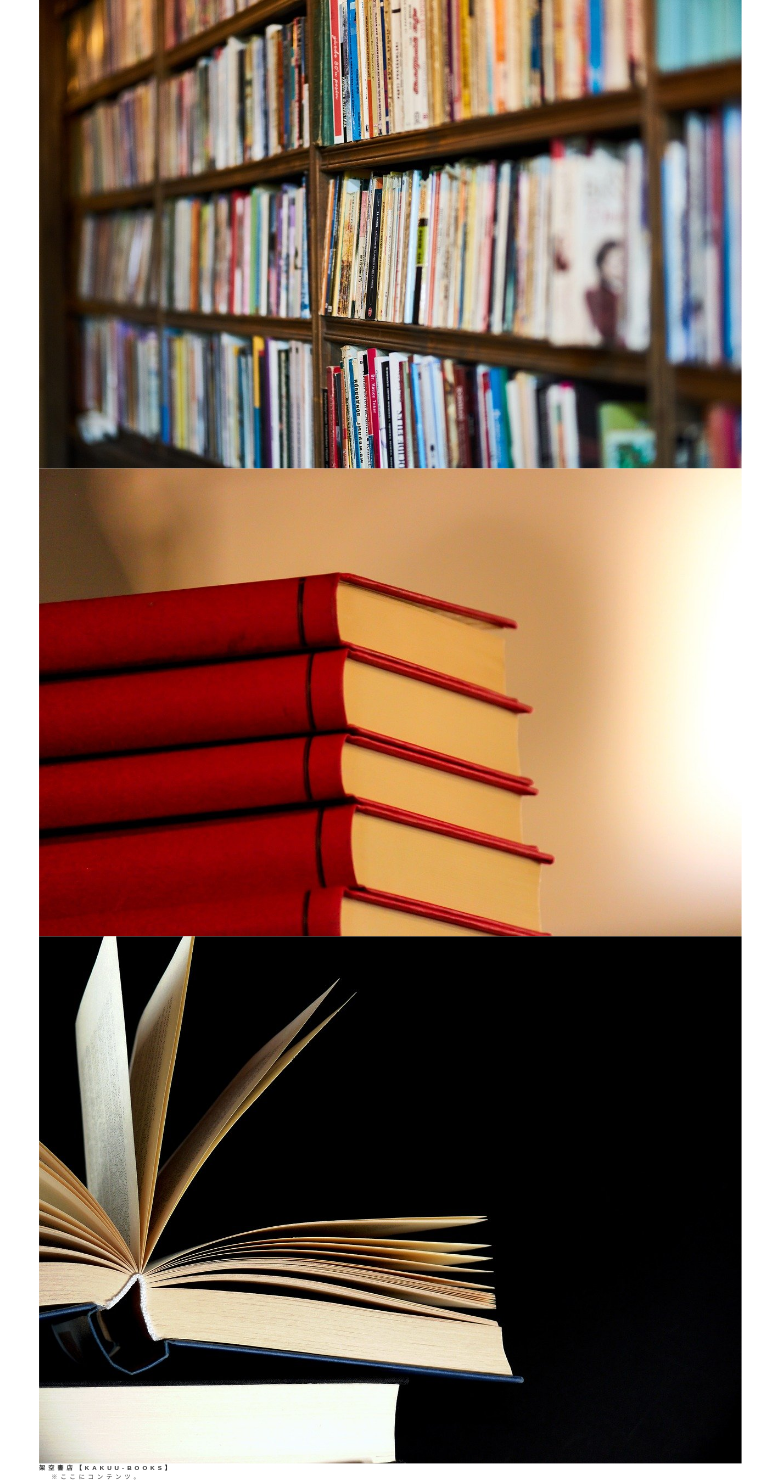
Repository: ppmp556/kakuubook
Page: index.html
These files come from the project's save history. The page is drawn as it stood at one moment and after the next save; the edit follows.
The browser window is 1280 px wide. The pictures show the whole page, at 61% of full size.
The style sheet was rebuilt from its Sass, Less or Tailwind sources for each picture, by a compiler version that may differ from the author's.

Above is the page before, as saved 2020-12-22 20:34:59.

### index.html
<!DOCTYPE html>
<html lang="ja">

<head>
  <meta charset="utf-8" />
  <meta http-equiv="X-UA-Compatible" content="IE=edge" />
  <meta name="viewport" content="width=device-width,initial-scale=1.0" />
  <title>架空本屋</title>
  <meta name="description" content="" />
  <!--PC：１２０文字以内 スマホ：70文字以内-->

  <!--ここからOGP-->
  <meta property="og:url" content=" ページの URL" />
  <meta property="og:type" content=" ページの種類" />

  <!--website /blog 下層→article-->
  <meta property="og:title" content=" ページの タイトル" />
  <meta property="og:description" content=" ページのディスクリプション" />
  <meta property="og:site_name" content="サイト名" />
  <meta property="og:image" content=" サムネイル画像の URL" />
  <!--//OGPここまで-->


  <!-- <link rel="stylesheet" href="https://tomap.co/ZP_reset.css" /> -->
  <!-- リセットcssどちらか -->
  <link rel="stylesheet" href="css/reset.css" />
  <link rel="stylesheet" href="css/style.css" />
  <link rel="stylesheet" href="https://use.fontawesome.com/releases/v5.15.1/css/all.css" integrity="sha384-vp86vTRFVJgpjF9jiIGPEEqYqlDwgyBgEF109VFjmqGmIY/Y4HV4d3Gp2irVfcrp" crossorigin="anonymous">

</head>

<body>
  <!-- モック -->
  <img src="" alt="" class="mock"/>

  <div class="container" id="mv_slide">

    <div class="mv_container">
      <div class="mv_imgbox">
        <img src="img/top/book-4475384_1280.jpg" alt="" class="mv_img">
        <img src="img/top/books-109524_1280.jpg" alt="" class="mv_img">
        <img src="img/top/literature-3330647_1280.jpg" alt="" class="mv_img">
      </div><!-- /.kv_imgbox -->
    </div>

  <!-- ヘッダー -->
    <header class="header flex" id="top">
      <h1 class="header_ttl">

        <a href="index.html">
          <img src="" alt="">架空書店【KAKUU-BOOKS】
        </a>

      </h1><!-- /.header_ttl -->

      <!-- ハンバーガーメニュー部分 -->
      <div class="nav_ham">
        <div class="nav_btn" id="js-nav_toggle">
          <span class="nav_line __tg1"></span>
          <span class="nav_line __tg2"></span>
          <span class="nav_line __tg3"></span>
        </div>
      </div><!-- ハンバーガーメニューここまで -->


      <!-- ナビ -->
      <nav class="nav" id="nav">
        <ul class="nav_list">
          <li class="nav_item">
            <a href="#" class="nav_link">text</a>
          </li>
          <!-- /.nav_item -->
          <li class="nav_item">
            <a href="#" class="nav_link">古本買取</a>
          </li>
          <!-- /.nav_item -->
          <li class="nav_item">
            <a href="#" class="nav_link">出張買取</a>
          </li>
          <!-- /.nav_item -->
          <li class="nav_item">
            <a href="#" class="nav_link">古書無料査定</a>
          </li>
          <!-- /.nav_item -->
          <li class="nav_item">
            <a href="#" class="nav_link">アクセス</a>
          </li>
          <!-- /.nav_item -->
        </ul>
      </nav>
      <!-- /.nav -->
    </header>
    <p class="mv_copy">

    </ｐ><!-- /.mv_copy -->



    <!-- メインコンテンツ -->
    <main class="main_container">
      <!--ここからセクション （セクションの数だけコピーして使う）-->
      <section class="section">
        <h2 class="section_ttl"></h2>
        <div class="section_inner">※ここにコンテンツ。</div>
      </section>
      <!--//ここまでセクション-->

    </main>

    <!-- フッター -->
    <footer class="footer">
      <small class="footer_txt"></small>
    </footer>

  </div><!-- /.container -->

  <script src="https://ajax.googleapis.com/ajax/libs/jquery/3.5.1/jquery.min.js"></script>
  <script src="js/main.js"></script>
</body>

</html>

### css/reset.css
/*
html5doctor.com Reset Stylesheet
v1.6.1
Last Updated: 2010-09-17
Author: Richard Clark - http://richclarkdesign.com
Twitter: @rich_clark
*/

html,
body,
div,
span,
object,
iframe,
h1,
h2,
h3,
h4,
h5,
h6,
p,
blockquote,
pre,
abbr,
address,
cite,
code,
del,
dfn,
em,
img,
ins,
kbd,
q,
samp,
small,
strong,
sub,
sup,
var,
b,
i,
dl,
dt,
dd,
ol,
ul,
li,
fieldset,
form,
label,
legend,
table,
caption,
tbody,
tfoot,
thead,
tr,
th,
td,
article,
aside,
canvas,
details,
figcaption,
figure,
footer,
header,
hgroup,
menu,
nav,
section,
summary,
time,
mark,
audio,
video {
    margin: 0;
    padding: 0;
    border: 0;
    outline: 0;
    font-size: 100%;
    vertical-align: baseline;
    background: transparent;
}

body {
    line-height: 1.5;
}

article,
aside,
details,
figcaption,
figure,
footer,
header,
hgroup,
menu,
nav,
section {
    display: block;
}

nav ul {
    list-style: none;
}

table {
    border-collapse: collapse;
    border-spacing: 0;
}


a {
    color: inherit;
    text-decoration: none;
}


img {
    width: 100%;

    /*画像がはみでるのを防ぐ　max-width*/
    max-width: 100%;
    height: auto;

    vertical-align: bottom;
}

/* h1,h2,h3,h4,h5,h6 { */
/* font-weight: bold; */
/* } */

### js/main.js
"use strict";

$(() => {

    // 実装しないものは適宜追加、削除

     // ハンバーガーメニュー
    $('#js-nav_toggle').click(() => {
        $('.nav_line').toggleClass('clicked');
        $('.nav_ham').toggleClass('clicked');
        $('.nav_list').toggleClass('clicked');
    });

    //スムーズスクロール

    // #で始まるリンクをクリックしたら実行
    $('a[href^="#"]').click(function() {
         // スクロールの速度
        let speed = 800; // ミリ秒
        let href = $(this).attr("href");
        let target = $(href == "#" || href == "" ? 'html' : href);
        let position = target.offset().top;
        $('body,html').animate({scrollTop:position}, speed, 'swing');
        return false;
    });



    // スライドショー
    let nowPage = 0;
    let nextPage = 1;

    const slides = $("#js-mv_slide").find("img");
    const slideLength = slides.length;

    const fadeTime = 1500;
    const showTime = 3000;

    slides.hide();
    slides.eq(0).show();

    const slidesshow = () => {

        slides.eq(nowPage % slideLength).fadeOut(fadeTime).removeClass("zoom");
        slides.eq(nextPage % slideLength).fadeIn(fadeTime).addClass("zoom");

        nowPage++;
        nextPage++;
    }

    setInterval(slidesshow, showTime);


    // header固定
    // 1画面分以上スクロールしたら、ヘッダーを固定する

    let headerFix = $("header");

    $(window).scroll(function (){
        if ($(window).scrollTop() > $(window).height()) {
            headerFix.addClass("fix");
        } else {
            headerFix.removeClass("fix");

        }
    });


});

### scss/style.scss
@charset 'utf-8';

/****************************************:

スタイル読み込み

*****************************************:*/

@import "config"; // 変数定義用
@import "mixin"; // mixin用
@import "base"; //ベーススタイル用
@import "module"; //サイト共通パーツ
@import "content"; //サイトコンテンツスタイル用

### scss/_config.scss
// サイト共通で必要になる設定値
// 変数定義用


/**********

変数管理

**********/

//color
$cWhite: #ffffff;
$cBlack: #333;
$cBgColor: #fffff6;



//font-family
//-->ヒラギノver.
$fontMain: "ヒラギノ角ゴ Pro W3", "Hiragino Kaku Gothic Pro", "メイリオ",
  Meiryo, "ＭＳ Ｐゴシック", "MS PGothic", sans-serif;



// アニメーション
$anime_nomal: all 0.2s ease-in-out;


// SNSのメインカラー用
$color_facebook: #3b5998;
$color_twitter: #55acee;
$color_line: #00b900;
$color_pocket: #ef4156;


$hover_opacity: 0.7;
/*************

レスポンシブ

**************/


//ブレイクポイント
$widthPc: 1024px;
$widthTab: 764px;
$widthSP: 480px;

### scss/_mixin.scss
// mixin


/*************

メディアクエリ定義

**************/


//@mediaのフォーマット
//モバイルファースト　➡　min-widthから SPのmixinいらない
//PCファースト　➡　max-widthから PCのmixinいらない


//使わないほうは削除

// 必要に応じて、調整用mixiをいれる



/********* モバイルファーストmixin*********************/

//PC(モバイルファースト)
@mixin pc {
    @media screen and (min-width: $widthPc) {
        @content;
    }
}

//タブレット（モバイルファースト）
@mixin tab {
    @media screen and (min-width: $widthTab) and (max-width: $widthPc) {
        @content;
    }
}





/*************

font-size定義

**************/
//$sizeにpx表示を入れて使う

@mixin rem($size) {
    font-size: $size + px; /*IE9以前に対応する*/
    font-size: ($size / 16) + rem;
}


/*************

flex定義

**************/


@mixin flex($justify: space-between, $wrap: nowrap) {
    display: flex;
    justify-content: $justify;
    flex-wrap: $wrap;
}

/*************

その他mixin集

**************/


// 親要素に対して中央寄せ
// 使用時は親要素にpostion:retative
//x:横方向、y:縦方向, xy:縦横方向中央寄せ

@mixin center($direction) {
	position: absolute;
	@if $direction==xy {
		top: 50%;
		left: 50%;
		transform: translate(-50%, -50%);
	}
	@else if $direction==x {
		left: 50%;
		transform: translateX(-50%);
	}
	@else if $direction==y {
		top: 50%;
		transform: translateY(-50%);
	}
}

// absolute
@mixin absolute($top:null, $right:null, $bottom:null, $left:null){
    position: absolute;
    @if $top != null{
        top: $top;
    }
    @if $right != null{
        right: $right;
    }
    @if $bottom != null{
        bottom: $bottom;
    }
    @if $left != null{
        left: $left;
    }
}


// hover
//引数にfalse指定で、新たに記述したスタイルのみ適用
@mixin hover($flag: true){
    @include min-screen(900px){
        transition: .2s;
        &:hover{
            transition: .3s;
            @if $flag == true{
                opacity: .5;
            }
                @content
            }
    }
}

@mixin hoverall($focus:null,$opacity:null) {

    transition: $anime_nomal;

    @if $focus == none {
        // focusが不要な場合
        @if $opacity == none{
            // focusと不透明度が不要な場合
            &:hover,&:active{
                opacity: $hover_opacity;
                @content;
            }
        } @else{
            // focus のみ不要な場合
            &:hover,&:active{
                opacity: $hover_opacity;
                @content;
            }
        }
    } @else if $opacity == none{
        // 不透明度のみ不要な場合
        &:hover,&:active,&:focus{
            @content;
        }
    } @else {
        &:hover,&:active,&:focus{
            opacity: $hover_opacity;
            @content;
        }
    } // @else
} // @mixin

### scss/_base.scss
// ベーススタイル用



body {

    @include rem(10);


    margin: 0 auto;
    letter-spacing: .5em;
    font-family: $fontMain;
    color: $cBlack;

}


* {
    box-sizing: border-box;
}

*:focus {
    outline: none;
}

// スマホでタッチしたとき、青い表示がでないようにする
a {
    -webkit-tap-highlight-color:rgba(0,0,0,0);
    cursor:pointer;
}


// bodyにoverallクラスつけたら使用
.overall {
    font-family: "Yu Gothic", YuGothic, "Hiragino Kaku Gothic Pro", "YuGothic",
        "Meiryo", verdana, "Osaka", "MS PGothic", Sans-Serif, "Yu Mincho",
        YuMincho, "MS P Mincho", serif;

    background-color: $cBgColor;
}

.container {
    width: 90%;
    margin: 0 auto;
    overflow: hidden;
}

/*************

モック画像
終わったら削除

**************/


.mock {
    /* モック画像 */
    position: absolute;
    top: 0;
    left: 0;
    right: 0;
    margin: 0 auto;
    width: 375px;
    opacity: 0.3;

    /* 反転 */
    filter: hue-rotate(180deg);

    /* テキストを掴まないように */
    pointer-events: none;

    z-index: 999;
}




// コンテンツ幅
.inner {
    margin: 0 15px;
}



//共通タイトル
.section_ttl {
    @include rem(36);
    display: block;
    text-align: center;
}


//セクションの共通inner
.section_inner {
    margin: 0 auto;
    padding: 0 20px;

}

### scss/_module.scss
// サイト共通で使用するパーツ


/****************************************:

nav

*****************************************:*/

.nav {
    position: relative;


    &_list {
        position: absolute;
        right: -1000px;
        display: flex;
        flex-direction: column;

        &.clicked {
            right: -5vw;
            transition: .6s;
        }


    }



    // ハンバーガーメニュー
    &_ham {
        cursor: pointer;
        position: absolute;
        top: 50%;
        right: 0;
        transform: translateY(-50%);
        width: 25px;
        height: 25px;
        z-index: 100;


        &.clicked {
            right: 40px;
        }
    }

    &_hamspan {
        font-size: 1.1rem;
        position: absolute;
        top: -20px;
        left: -25px;
    }

    &_line {
        position: absolute;
        width: 100%;
        height: 2px;
        background-color: $cWhite;

        &:nth-child(1) {
            top: 0px;


        }

        &:nth-child(2) {
            top: 8px;
        }

        &:nth-child(3) {
            top: 16px;
        }

        &.clicked:nth-child(1) {
            transform: translateY(12px) rotate(-315deg);
            transition: .5s;

        }
        &.clicked:nth-child(2) {
            left: 0;
            transition: .9s;
            opacity: 0;

        }


        &.clicked:nth-child(3) {
            transform: translateY(-4px) rotate(315deg);
            transition: .5s;

        }




    }

    &_item {
        text-align: center;
        margin-top: 50px;
        font-size: 2.5rem;
        line-height: 3;
        padding-right: 30px;
    }

    &_link {
        position: relative;
        display: block;
        letter-spacing: .2em;
        transition: .3s;



         //ナビホバー時の下線
        &::after {
            position: absolute;
            bottom: -5px;
            left: 0;
            content: '';
            width: 100%;
            height: 2px;
            transform: scale(0, 1);
            transform-origin: center;
            transition: transform .7s;
            background: $cWhite;
        }

        &:hover::after {
            transform: scale(1, 1);
        }

        &:hover {
            color: $cWhite;
            letter-spacing: .5em;
            transition: .5s;
        }
    }

}

### scss/_content.scss
// サイトコンテンツスタイル用


/****************************************:

header

*****************************************:*/






/****************************************:

fv

*****************************************:*/







/****************************************:

section

*****************************************:*/








/****************************************:

footer

*****************************************:*/

After the next save:
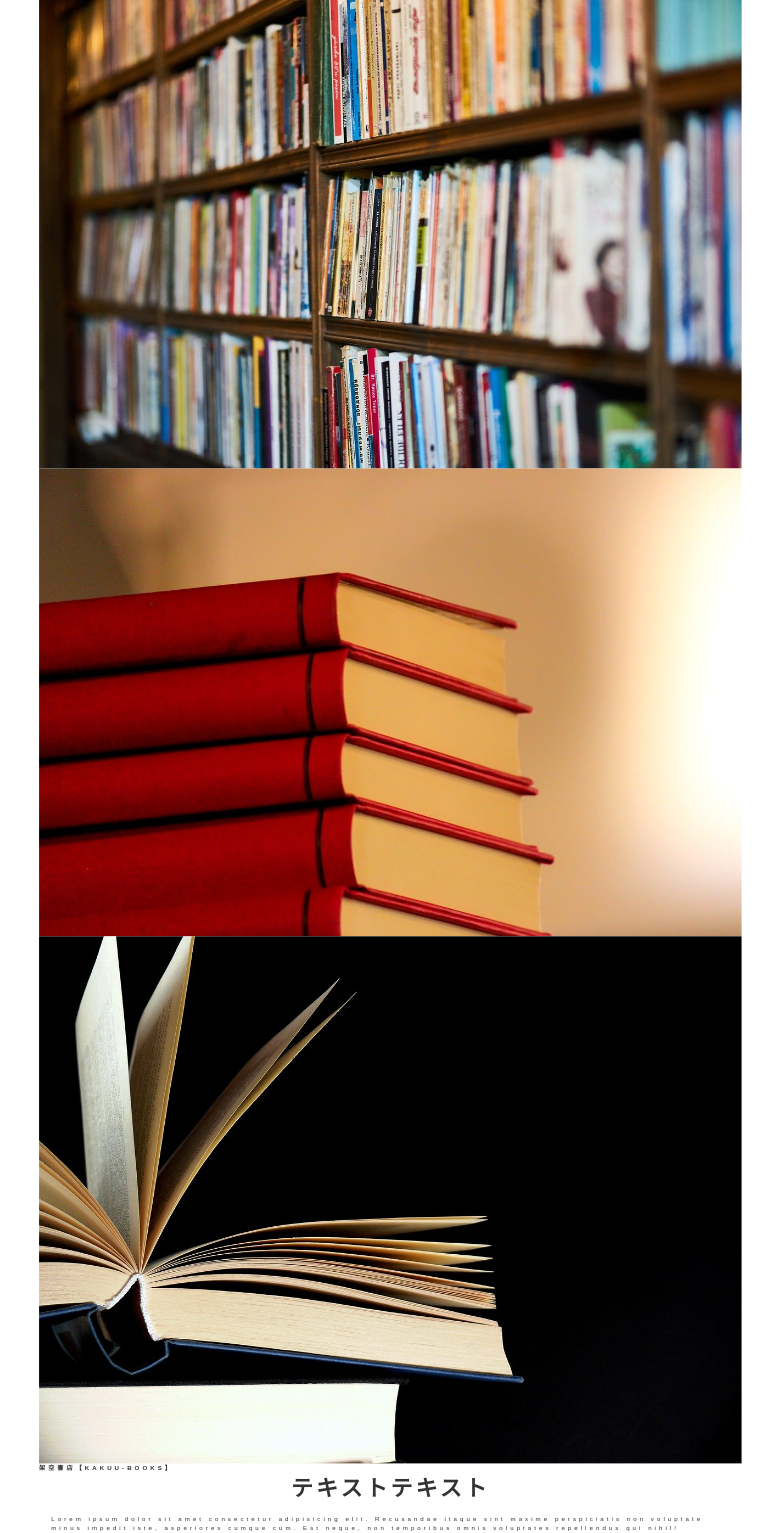
Saved 3 min 44 s later.
--- a/index.html
+++ b/index.html
@@ -95,15 +95,20 @@
     </ｐ><!-- /.mv_copy -->
 
 
-
     <!-- メインコンテンツ -->
     <main class="main_container">
-      <!--ここからセクション （セクションの数だけコピーして使う）-->
-      <section class="section">
-        <h2 class="section_ttl"></h2>
-        <div class="section_inner">※ここにコンテンツ。</div>
+      <section class="about" id="about">
+        <h2 class="section_ttl">テキストテキスト</h2>
+        <div class="section_inner">
+          <div class="about_imgbox">
+            <img src="" alt="">
+          </div><!-- /.about_imgbox -->
+          <div class="about_txtbox">
+            <p class="about_txt">Lorem ipsum dolor sit amet consectetur adipisicing elit. Recusandae itaque sint maxime perspiciatis non voluptate minus impedit iste, asperiores cumque cum. Est neque, non temporibus omnis voluptates repellendus qui nihil!</p><!-- /.about_txt -->
+          </div><!-- /.about_txtbox -->
+
+        </div>
       </section>
-      <!--//ここまでセクション-->
 
     </main>
 
